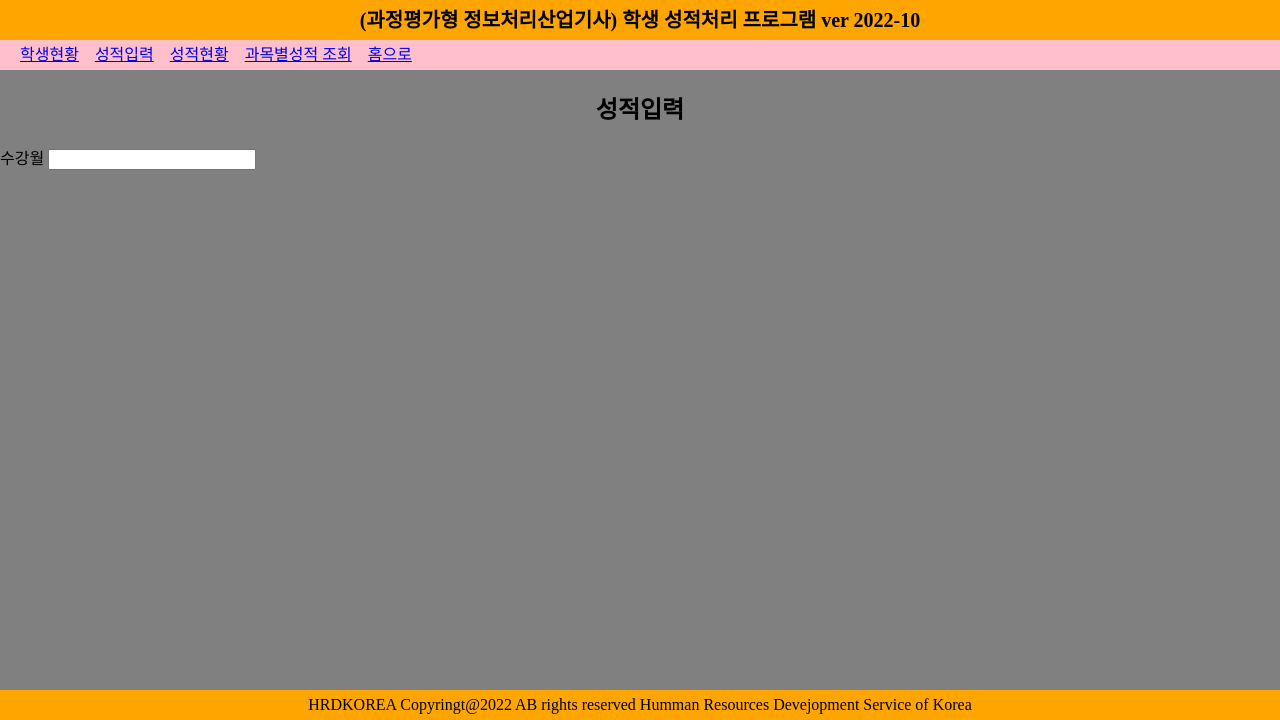
Repository: wjdwlgns1101/school_hrd
Page: http://localhost/school_30111/insert.jsp
The author's editor kept a copy of each file at every save. The page is drawn from the files as they stood at one save, then again after the next save.
The browser window is 1280 px wide. The pictures show the whole page.
The page is served by Tomcat 9.

Above is the page before, as saved 2024-04-29 08:29:25.

### hrd_30111_school2 완성/school_30111/src/main/webapp/insert.jsp
<%@ page language="java" contentType="text/html; charset=EUC-KR"
    pageEncoding="EUC-KR"%>
<!DOCTYPE html>
<html>
<head>
<meta charset="EUC-KR">
<title>Insert title here</title>
</head>
<body>
<script type="text/javascript" src="check.js"></script>
<jsp:include page="header.jsp"></jsp:include>

<section style="position: fixed; background-color: gray; width: 100%; top: 70px; height: 100%; left: 0;">
	<h2 style="text-align: center;"><b>성적입력</b></h2>

	<tr>
		<td style="text-align: center;"> 수강월 </td>
		<td> <input type="text" name="resist_month" style="width: 200px"></td>
	</tr>


</section>


<jsp:include page="footer.jsp"></jsp:include>


</body>
</html>

### hrd_30111_school2 완성/school_30111/src/main/webapp/header.jsp
<%@ page language="java" contentType="text/html; charset=EUC-KR"
    pageEncoding="EUC-KR"%>
<!DOCTYPE html>
<html>
<head>
<meta charset="EUC-KR">
<title>Insert title here</title>
</head>
<body>
<header style="position:fixed; width: 100%; top:0; height:40px; left:0; background: orange; text-align: center; line-height: 40px; font-size: 20px">
	<b> (과정평가형 정보처리산업기사) 학생 성적처리 프로그램 ver 2022-10 </b>
</header>
<nav style=" position:fixed; width: 100%; padding-left:20px; top: 40px; line-height:30px; left:0;  background: pink;">
	<a href="slist.jsp">학생현황</a> &nbsp;&nbsp;
	<a href="#">성적입력</a> &nbsp;&nbsp;
	<a href="#">성적현황</a> &nbsp;&nbsp;
	<a href="#">과목별성적 조회</a> &nbsp;&nbsp;
	<a href="index.jsp">홈으로</a>
</nav>

</body>
</html>

### hrd_30111_school2 완성/school_30111/src/main/webapp/footer.jsp
<%@ page language="java" contentType="text/html; charset=EUC-KR"
    pageEncoding="EUC-KR"%>
<!DOCTYPE html>
<html>
<head>
<meta charset="EUC-KR">
<title>Insert title here</title>
</head>
<body>
<footer style="position: fixed; bottom: 0; left: 0; background-color: orange; width: 100%; height: 30px; text-align: center; line-height: 30px">
	HRDKOREA Copyringt@2022 AB rights reserved Humman Resources Devejopment Service of Korea

</footer>

</body>
</html>

Loaded but not shown: hrd_30111_school2 완성/school_30111/src/main/webapp/check.js (common file)

After the next save:
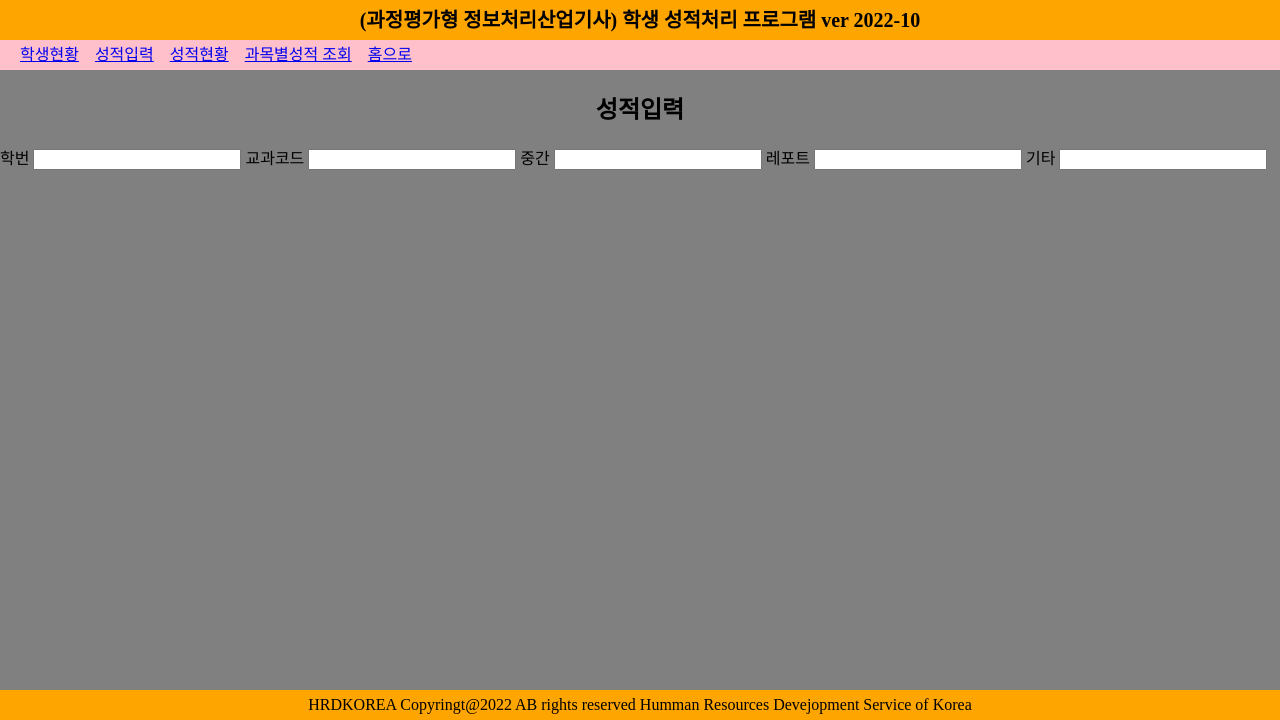
Saved 67 s later.
--- a/hrd_30111_school2 완성/school_30111/src/main/webapp/insert.jsp
+++ b/hrd_30111_school2 완성/school_30111/src/main/webapp/insert.jsp
@@ -14,9 +14,26 @@
 	<h2 style="text-align: center;"><b>성적입력</b></h2>
 
 	<tr>
-		<td style="text-align: center;"> 수강월 </td>
+		<td style="text-align: center;"> 학번 </td>
 		<td> <input type="text" name="resist_month" style="width: 200px"></td>
 	</tr>
+	<tr>
+		<td style="text-align: center;"> 교과코드 </td>
+		<td> <input type="text" name="resist_month" style="width: 200px"></td>
+	</tr>
+	<tr>
+		<td style="text-align: center;"> 중간 </td>
+		<td> <input type="text" name="resist_month" style="width: 200px"></td>
+	</tr>
+	<tr>
+		<td style="text-align: center;"> 레포트 </td>
+		<td> <input type="text" name="resist_month" style="width: 200px"></td>
+	</tr>
+	<tr>
+		<td style="text-align: center;"> 기타 </td>
+		<td> <input type="text" name="resist_month" style="width: 200px"></td>
+	</tr>
+
 
 
 </section>
